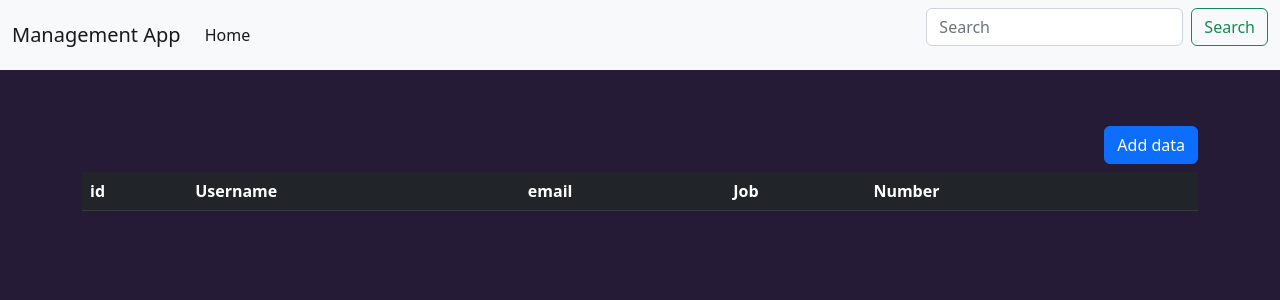
Repository: iamevs/Employee-Management-System
Page: /home (app in client/)
The author's editor kept a copy of each file at every save. The page is drawn from the files as they stood at one save, then again after the next save.
The browser window is 1280 px wide. The pictures show the whole page.
The page's requests for data from a server got no answer. The project was rebuilt for these pictures with package versions that can differ from the ones it lists, and the page was loaded fresh each time. No one was signed in, and anything a server would have sent is missing. Also part of the build but not shown: client/vite.config.js, client/src/components/Register.jsx, client/src/components/Edit.jsx, client/src/components/Hero.jsx. Imported but missing from the stored project, and not drawn on this page: client/src/components/Details.

Above is the page before, as saved 2022-11-28 23:13:52.

After the next save:
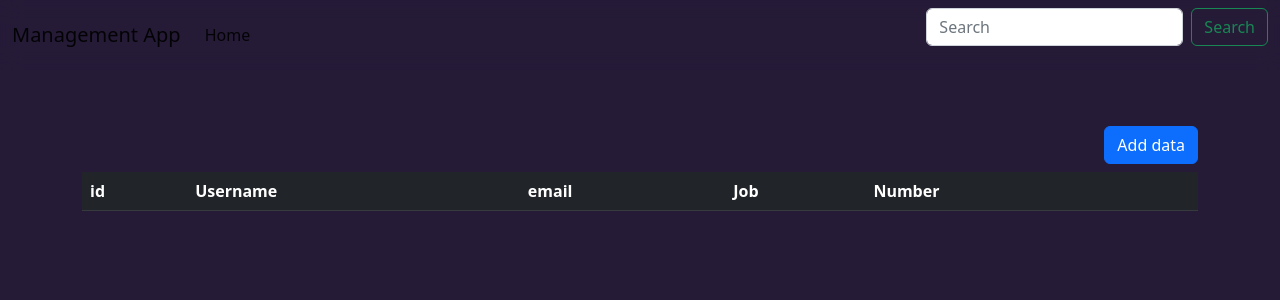
Saved 24 s later.
--- a/client/src/components/Navbar.jsx
+++ b/client/src/components/Navbar.jsx
@@ -6,7 +6,7 @@ import { Box, Stack } from "@mui/material";
 const Navbar = () => {
     return (
         <Stack >
-            <Box className="navbar navbar-expand-lg navbar-light bg-light" sx={{
+            <Box className="navbar navbar-expand-lg" sx={{
                 backgroundColor: "transparent",
                 backdropFilter: "blur(10px)",
                 position: "relative",
